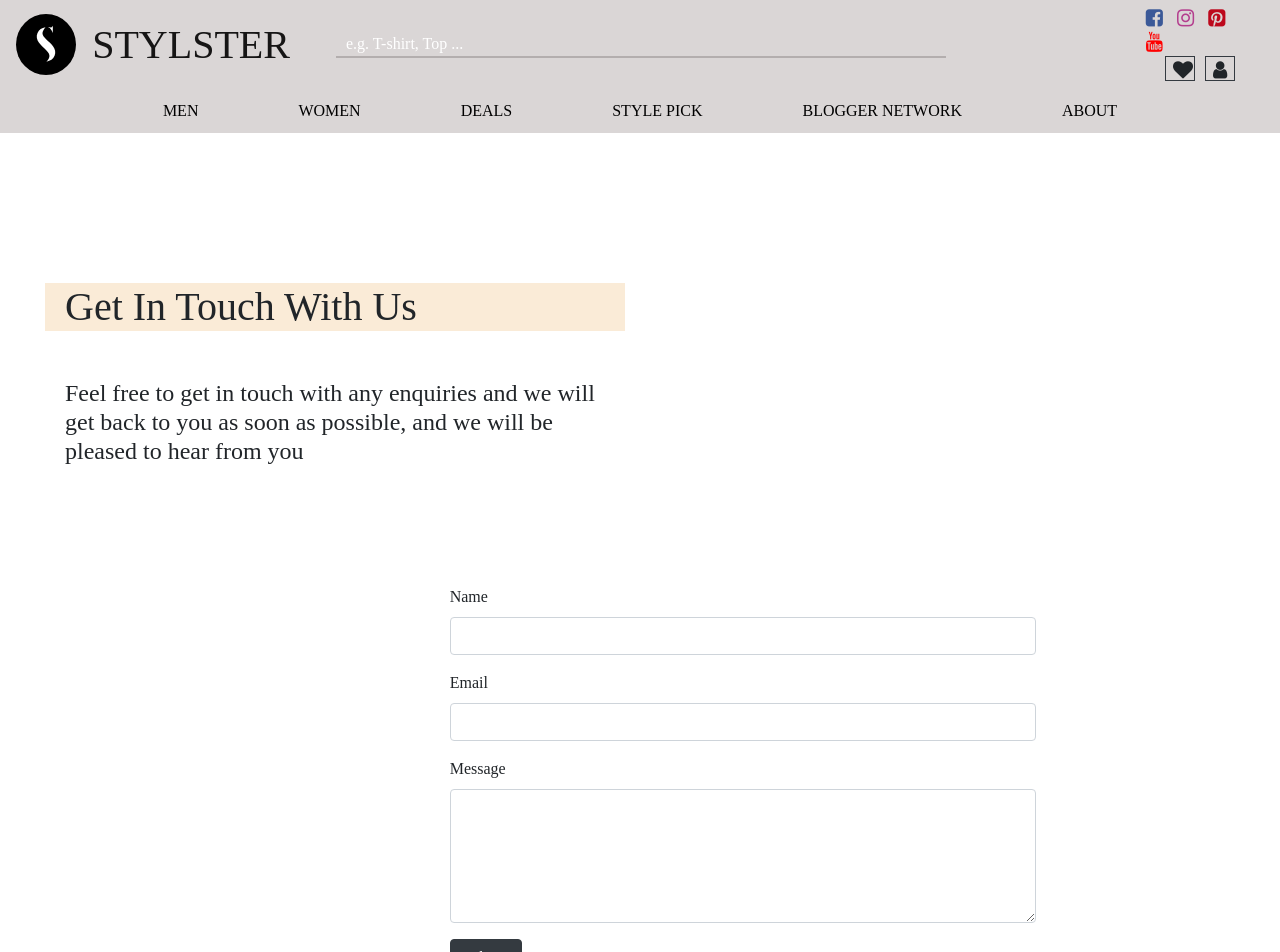
Repository: Lovekr/stylester
Page: stylster_frontend_design/contact.html
These files come from the project's save history. The page is drawn as it stood at one moment and after the next save; the edit follows.
The browser window is 1280 px wide. The pictures show the part of the page from y = 0 to 952 px (the page is 1689 px tall).
A picture or video elsewhere on the page could not be fetched, so the positions and the page height are approximate. Some web fonts or font styles are not loaded; a fallback is used.

Above is the page before, as saved 2020-02-26 18:02:56.

After the next save:
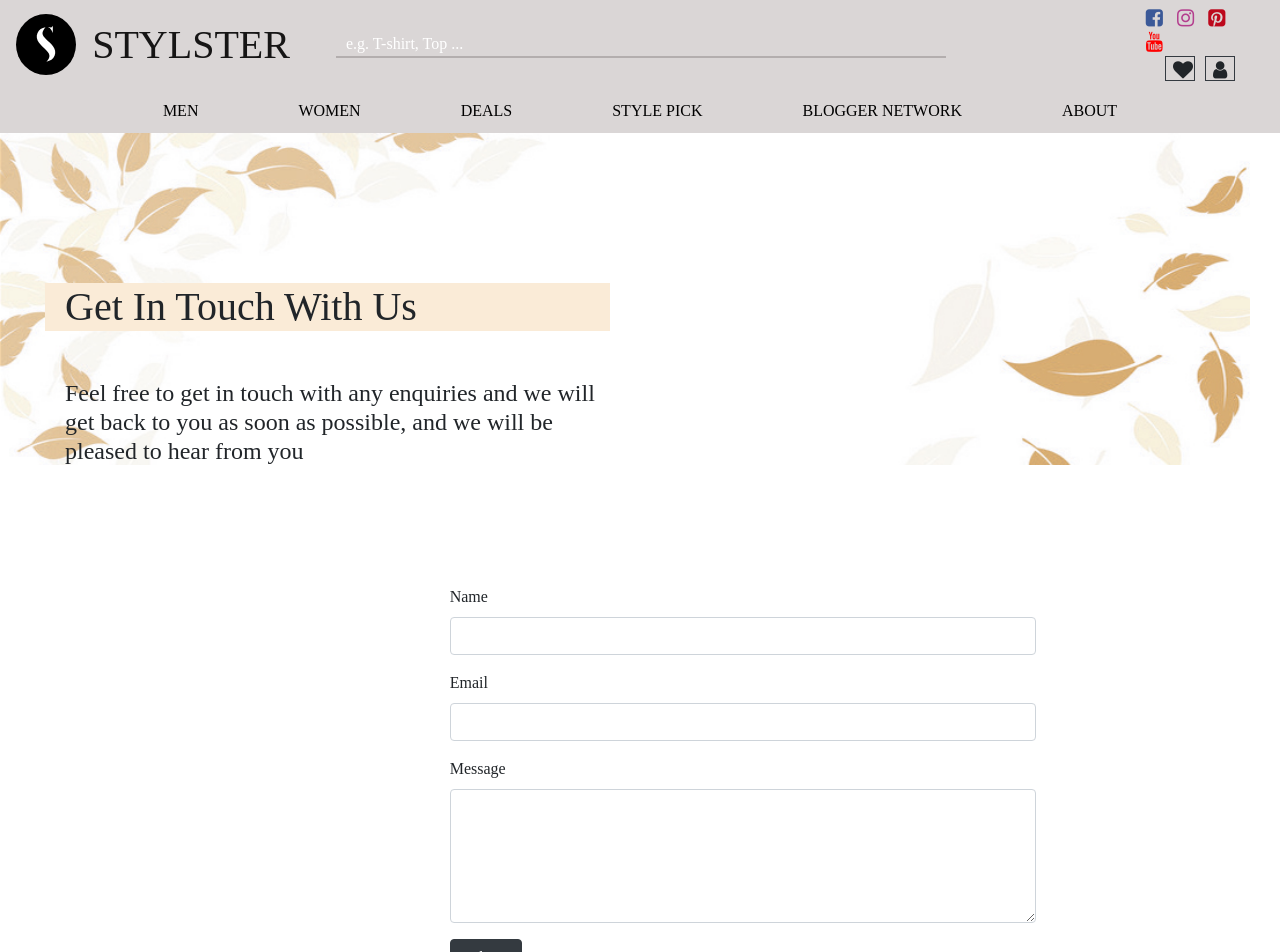
Saved 61 s later.
--- a/stylster_frontend_design/css/contact.css
+++ b/stylster_frontend_design/css/contact.css
@@ -174,7 +174,11 @@ h1,h2,h3,h4,h5,h6,p{
 
 
 }
-
+.backgroundimg {
+    background: url("../asset/brown\ leaf-01.svg");
+    background-size: cover;
+    width: 100%;
+}
 
   .contactUs .Touch{
     margin-top: 150px ;
